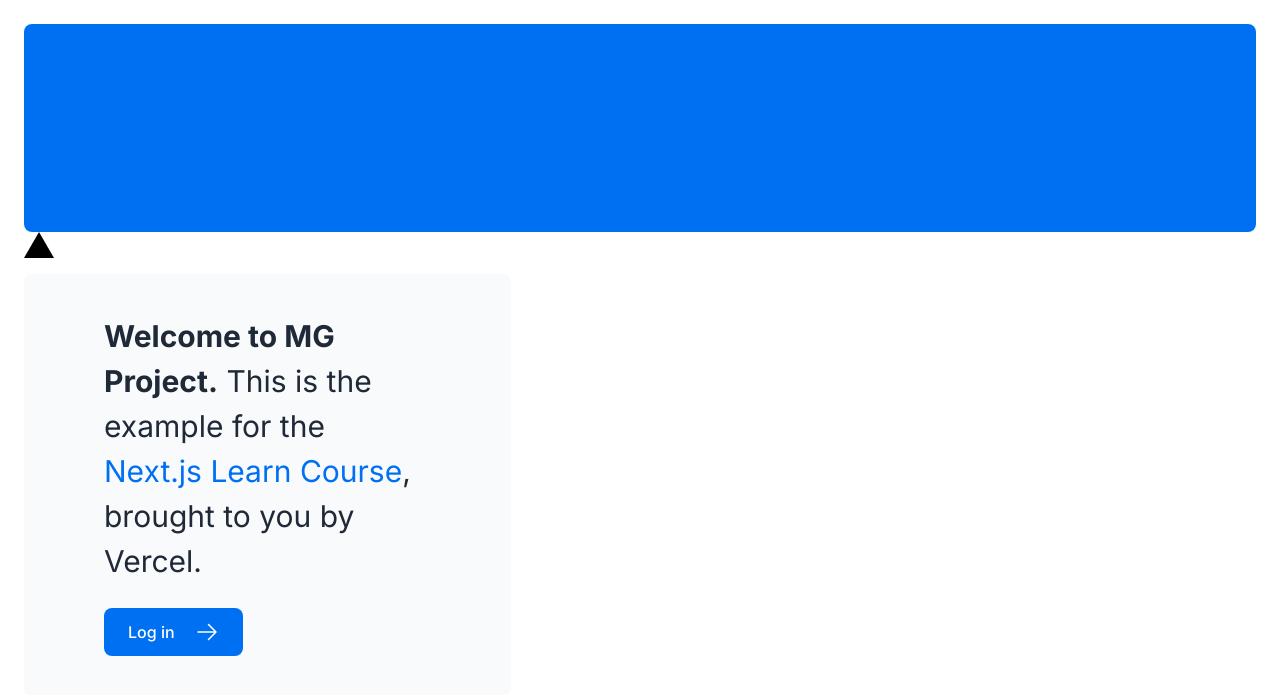
Repository: MikayelGubryan/Financial-dashboard
Page: /
These files come from the project's save history. The page is drawn as it stood at one moment and after a run of saves; the edit follows.
The browser window is 1280 px wide. The pictures show the whole page.
Some web fonts or font styles are not loaded; a fallback is used. The project was rebuilt for these pictures with package versions that can differ from the ones it lists, and the page was loaded fresh each time. The framework's server and built-in components were replaced by stand-ins that run in the browser. Also part of the build but not shown: next.config.mjs.

Above is the page before, as saved 2024-07-08 22:40:04.

### app/page.tsx
import AcmeLogo from '@/app/ui/acme-logo';
import { ArrowRightIcon } from '@heroicons/react/24/outline';
import Link from 'next/link';
import { lusitana } from './ui/fonts';

export default function Page() {
  return (
    <main className="flex min-h-screen flex-col p-6">
      <div className="flex h-20 shrink-0 items-end rounded-lg bg-blue-500 p-4 md:h-52">
        {/* <AcmeLogo /> */}
      </div>
      <div
  className="relative w-0 h-0 border-l-[15px] border-r-[15px] border-b-[26px] border-l-transparent border-r-transparent border-b-black"
/>
      <div className="mt-4 flex grow flex-col gap-4 md:flex-row">
        <div className="flex flex-col justify-center gap-6 rounded-lg bg-gray-50 px-6 py-10 md:w-2/5 md:px-20">
          <p className={`text-xl text-gray-800 md:text-3xl md:leading-normal`}>
            <strong>Welcome to MG Project.</strong> This is the example for the{' '}
            <a href="https://nextjs.org/learn/" className="text-blue-500">
              Next.js Learn Course
            </a>
            , brought to you by Vercel.
          </p>
          <Link
            href="/login"
            className="flex items-center gap-5 self-start rounded-lg bg-blue-500 px-6 py-3 text-sm font-medium text-white transition-colors hover:bg-blue-400 md:text-base"
          >
            <span>Log in</span> <ArrowRightIcon className="w-5 md:w-6" />
          </Link>
        </div>
        <div className="flex items-center justify-center p-6 md:w-3/5 md:px-28 md:py-12">
          {/* Add Hero Images Here */}
        </div>
      </div>
    </main>
  );
}

### app/ui/fonts.ts
import { Inter } from 'next/font/google';
import { Lusitana } from 'next/font/google';

export const inter = Inter({subsets: ['latin']});
export const lusitana = Lusitana({subsets: ['latin'], weight: '700'})

Loaded but not shown: app/layout.tsx (common file); app/ui/global.css (common file); tailwind.config.ts (common file)

After the next 3 saves:
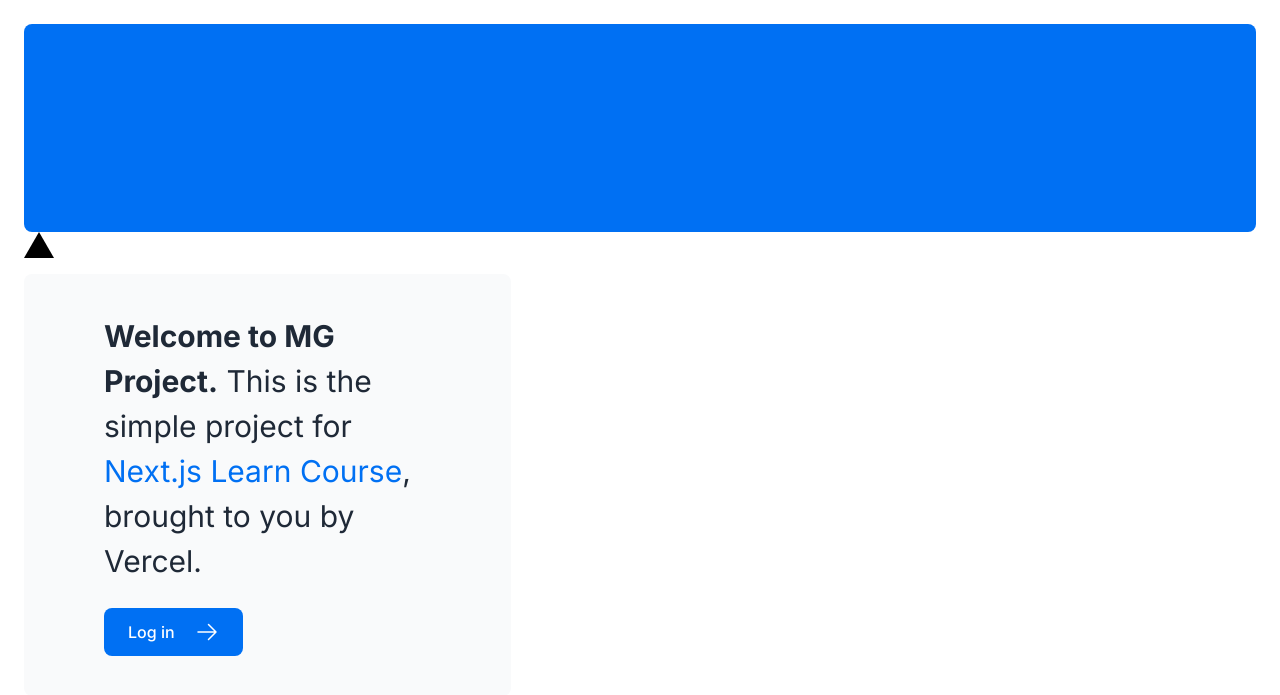
The 3 saves are shown as one change because they came seconds apart.
The last was saved 18 s later.
--- a/app/page.tsx
+++ b/app/page.tsx
@@ -15,7 +15,7 @@
       <div className="mt-4 flex grow flex-col gap-4 md:flex-row">
         <div className="flex flex-col justify-center gap-6 rounded-lg bg-gray-50 px-6 py-10 md:w-2/5 md:px-20">
           <p className={`text-xl text-gray-800 md:text-3xl md:leading-normal`}>
-            <strong>Welcome to MG Project.</strong> This is the example for the{' '}
+            <strong>Welcome to MG Project.</strong> This is the simple project for {' '}
             <a href="https://nextjs.org/learn/" className="text-blue-500">
               Next.js Learn Course
             </a>
